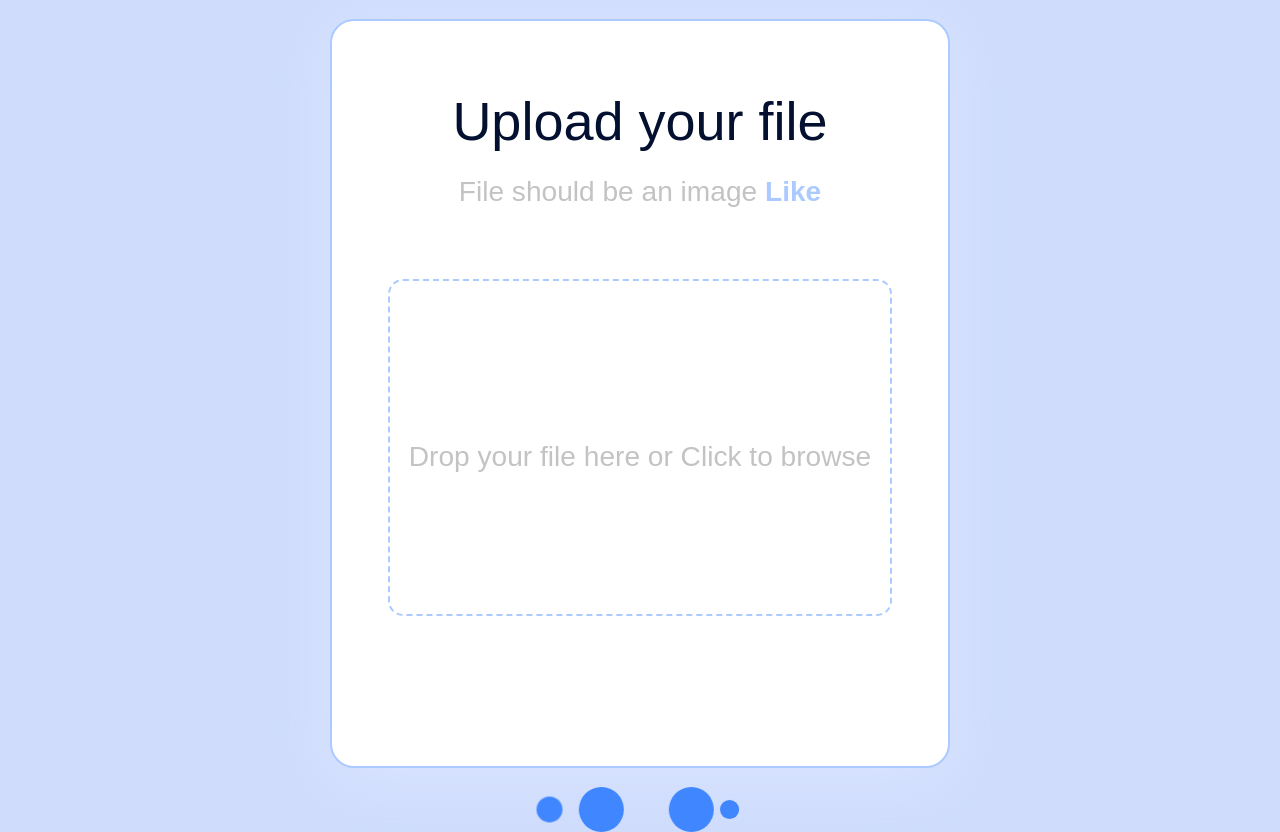
Repository: ThuongDuy/Phan_loai_anh
Page: hcsdlpt/index.html
An editor plug-in stored every save of this project. The page is shown before and after the next save, followed by the edit.
The browser window is 1280 px wide. The pictures show the whole page.

Above is the page before, as saved 2023-06-01 17:21:30.

### hcsdlpt/index.html
<!DOCTYPE html>
<html lang="en">

<head>
    <meta charset="UTF-8">
    <meta http-equiv="X-UA-Compatible" content="IE=edge">
    <meta name="viewport" content="width=device-width, initial-scale=1.0">
    <title>Document</title>
    <link rel="stylesheet" href="./main.css">
</head>

<body>
    <!-- Upload Area -->
    <div id="uploadArea" class="upload-area">
        <!-- Header -->
        <div class="upload-area__header">
            <h1 class="upload-area__title">Upload your file</h1>
            <p class="upload-area__paragraph">
                File should be an image
                <strong class="upload-area__tooltip">
                    Like
                    <span class="upload-area__tooltip-data"></span> <!-- Data Will be Comes From Js -->
                </strong>
            </p>
        </div>
        <!-- End Header -->

        <!-- Drop Zoon -->
        <div id="dropZoon" class="upload-area__drop-zoon drop-zoon">
            <span class="drop-zoon__icon">
                <i class='bx bxs-file-image'></i>
            </span>
            <p class="drop-zoon__paragraph">Drop your file here or Click to browse</p>
            <span id="loadingText" class="drop-zoon__loading-text">Please Wait</span>
            <img src="" alt="Preview Image" id="previewImage" class="drop-zoon__preview-image" draggable="false">
            <input type="file" id="fileInput" class="drop-zoon__file-input" accept="image/*">
        </div>
        <!-- End Drop Zoon -->

        <!-- File Details -->
        <div id="fileDetails" class="upload-area__file-details file-details">
            <h3 class="file-details__title">Uploaded File</h3>

            <div id="uploadedFile" class="uploaded-file">
                <div class="uploaded-file__icon-container">
                    <i class='bx bxs-file-blank uploaded-file__icon'></i>
                    <span class="uploaded-file__icon-text"></span> <!-- Data Will be Comes From Js -->
                </div>

                <div id="uploadedFileInfo" class="uploaded-file__info">
                    <span class="uploaded-file__name">Proejct 1</span>
                    <span class="uploaded-file__counter">0%</span>
                </div>
            </div>

            <button id="btnSubmit">test</button>
        </div>
        <!-- End File Details -->
    </div>
    <!-- End Upload Area -->

    <!-- loading -->

    <div class="loading">
        <span></span>
        <span></span>
        <span></span>
        <span></span>
    </div>

    <!-- <div class="loader" id="loader"> -->
    <!-- <svg class="pencil" viewBox="0 0 200 200" width="200px" height="200px" xmlns="http://www.w3.org/2000/svg">
            <defs>
                <clipPath id="pencil-eraser">
                    <rect rx="5" ry="5" width="30" height="30"></rect>
                </clipPath>
            </defs>
            <circle class="pencil__stroke" r="70" fill="none" stroke="currentColor" stroke-width="2"
                stroke-dasharray="439.82 439.82" stroke-dashoffset="439.82" stroke-linecap="round"
                transform="rotate(-113,100,100)" />
            <g class="pencil__rotate" transform="translate(100,100)">
                <g fill="none">
                    <circle class="pencil__body1" r="64" stroke="hsl(223,90%,50%)" stroke-width="30"
                        stroke-dasharray="402.12 402.12" stroke-dashoffset="402" transform="rotate(-90)" />
                    <circle class="pencil__body2" r="74" stroke="hsl(223,90%,60%)" stroke-width="10"
                        stroke-dasharray="464.96 464.96" stroke-dashoffset="465" transform="rotate(-90)" />
                    <circle class="pencil__body3" r="54" stroke="hsl(223,90%,40%)" stroke-width="10"
                        stroke-dasharray="339.29 339.29" stroke-dashoffset="339" transform="rotate(-90)" />
                </g>
                <g class="pencil__eraser" transform="rotate(-90) translate(49,0)">
                    <g class="pencil__eraser-skew">
                        <rect fill="hsl(223,90%,70%)" rx="5" ry="5" width="30" height="30" />
                        <rect fill="hsl(223,90%,60%)" width="5" height="30" clip-path="url(#pencil-eraser)" />
                        <rect fill="hsl(223,10%,90%)" width="30" height="20" />
                        <rect fill="hsl(223,10%,70%)" width="15" height="20" />
                        <rect fill="hsl(223,10%,80%)" width="5" height="20" />
                        <rect fill="hsla(223,10%,10%,0.2)" y="6" width="30" height="2" />
                        <rect fill="hsla(223,10%,10%,0.2)" y="13" width="30" height="2" />
                    </g>
                </g>
                <g class="pencil__point" transform="rotate(-90) translate(49,-30)">
                    <polygon fill="hsl(33,90%,70%)" points="15 0,30 30,0 30" />
                    <polygon fill="hsl(33,90%,50%)" points="15 0,6 30,0 30" />
                    <polygon fill="hsl(223,10%,10%)" points="15 0,20 10,10 10" />
                </g>
            </g>
        </svg> -->
    <!-- <span class="dot"></span>
        <span class="dot"></span>
        <span class="dot"></span> -->
    <!-- </div> -->
    <!-- loading -->

    <script src="https://cdnjs.cloudflare.com/ajax/libs/jquery/3.7.0/jquery.min.js"
        integrity="sha512-3gJwYpMe3QewGELv8k/BX9vcqhryRdzRMxVfq6ngyWXwo03GFEzjsUm8Q7RZcHPHksttq7/GFoxjCVUjkjvPdw=="
        crossorigin="anonymous" referrerpolicy="no-referrer"></script>
    <script src="./scripts.js"></script>
</body>

</html>

### hcsdlpt/main.css
/* General Styles */

* {
    box-sizing: border-box;
}

:root {
    --clr-white: rgb(255, 255, 255);
    --clr-black: rgb(0, 0, 0);
    --clr-light: rgb(245, 248, 255);
    --clr-light-gray: rgb(196, 195, 196);
    --clr-blue: rgb(63, 134, 255);
    --clr-light-blue: rgb(171, 202, 255);
}

body {
    margin: 0;
    padding: 0;
    background-color: var(--clr-light);
    color: var(--clr-black);
    font-family: 'Poppins', sans-serif;
    font-size: 1.125rem;
    min-height: 100vh;
    display: flex;
    justify-content: center;
    align-items: center;
}

/* End General Styles */

/* Upload Area */
.upload-area {
    width: 100%;
    max-width: 25rem;
    background-color: var(--clr-white);
    box-shadow: 0 10px 60px rgb(218, 229, 255);
    border: 2px solid var(--clr-light-blue);
    border-radius: 24px;
    padding: 2rem 1.875rem 5rem 1.875rem;
    margin: 0.625rem;
    text-align: center;
}

.upload-area--open {
    /* Slid Down Animation */
    animation: slidDown 500ms ease-in-out;
}

@keyframes slidDown {
    from {
        height: 28.125rem;
        /* 450px */
    }

    to {
        height: 35rem;
        /* 560px */
    }
}

/* Header */
.upload-area__header {}

.upload-area__title {
    font-size: 1.8rem;
    font-weight: 500;
    margin-bottom: 0.3125rem;
}

.upload-area__paragraph {
    font-size: 0.9375rem;
    color: var(--clr-light-gray);
    margin-top: 0;
}

.upload-area__tooltip {
    position: relative;
    color: var(--clr-light-blue);
    cursor: pointer;
    transition: color 300ms ease-in-out;
}

.upload-area__tooltip:hover {
    color: var(--clr-blue);
}

.upload-area__tooltip-data {
    position: absolute;
    top: 50%;
    left: 50%;
    transform: translate(-50%, -125%);
    min-width: max-content;
    background-color: var(--clr-white);
    color: var(--clr-blue);
    border: 1px solid var(--clr-light-blue);
    padding: 0.625rem 1.25rem;
    font-weight: 500;
    opacity: 0;
    visibility: hidden;
    transition: none 300ms ease-in-out;
    transition-property: opacity, visibility;
}

.upload-area__tooltip:hover .upload-area__tooltip-data {
    opacity: 1;
    visibility: visible;
}

/* Drop Zoon */
.upload-area__drop-zoon {
    position: relative;
    height: 11.25rem;
    /* 180px */
    display: flex;
    justify-content: center;
    align-items: center;
    flex-direction: column;
    border: 2px dashed var(--clr-light-blue);
    border-radius: 15px;
    margin-top: 2.1875rem;
    cursor: pointer;
    transition: border-color 300ms ease-in-out;
}

.upload-area__drop-zoon:hover {
    border-color: var(--clr-blue);
}

.drop-zoon__icon {
    display: flex;
    font-size: 3.75rem;
    color: var(--clr-blue);
    transition: opacity 300ms ease-in-out;
}

.drop-zoon__paragraph {
    font-size: 0.9375rem;
    color: var(--clr-light-gray);
    margin: 0;
    margin-top: 0.625rem;
    transition: opacity 300ms ease-in-out;
}

.drop-zoon:hover .drop-zoon__icon,
.drop-zoon:hover .drop-zoon__paragraph {
    opacity: 0.7;
}

.drop-zoon__loading-text {
    position: absolute;
    top: 50%;
    left: 50%;
    transform: translate(-50%, -50%);
    display: none;
    color: var(--clr-light-blue);
    z-index: 10;
}

.drop-zoon__preview-image {
    position: absolute;
    top: 0;
    left: 0;
    width: 100%;
    height: 100%;
    object-fit: contain;
    padding: 0.3125rem;
    border-radius: 10px;
    display: none;
    z-index: 1000;
    transition: opacity 300ms ease-in-out;
}

.drop-zoon:hover .drop-zoon__preview-image {
    opacity: 0.8;
}

.drop-zoon__file-input {
    display: none;
}

/* (drop-zoon--over) Modifier Class */
.drop-zoon--over {
    border-color: var(--clr-blue);
}

.drop-zoon--over .drop-zoon__icon,
.drop-zoon--over .drop-zoon__paragraph {
    opacity: 0.7;
}

/* (drop-zoon--over) Modifier Class */
.drop-zoon--Uploaded {}

.drop-zoon--Uploaded .drop-zoon__icon,
.drop-zoon--Uploaded .drop-zoon__paragraph {
    display: none;
}

/* File Details Area */
.upload-area__file-details {
    height: 0;
    visibility: hidden;
    opacity: 0;
    text-align: left;
    transition: none 500ms ease-in-out;
    transition-property: opacity, visibility;
    transition-delay: 500ms;
}

/* (duploaded-file--open) Modifier Class */
.file-details--open {
    height: auto;
    visibility: visible;
    opacity: 1;
}

.file-details__title {
    font-size: 1.125rem;
    font-weight: 500;
    color: var(--clr-light-gray);
}

/* Uploaded File */
.uploaded-file {
    display: flex;
    align-items: center;
    padding: 0.625rem 0;
    visibility: hidden;
    opacity: 0;
    transition: none 500ms ease-in-out;
    transition-property: visibility, opacity;
}

/* (duploaded-file--open) Modifier Class */
.uploaded-file--open {
    visibility: visible;
    opacity: 1;
}

.uploaded-file__icon-container {
    position: relative;
    margin-right: 0.3125rem;
}

.uploaded-file__icon {
    font-size: 3.4375rem;
    color: var(--clr-blue);
}

.uploaded-file__icon-text {
    position: absolute;
    top: 1.5625rem;
    left: 50%;
    transform: translateX(-50%);
    font-size: 0.9375rem;
    font-weight: 500;
    color: var(--clr-white);
}

.uploaded-file__info {
    position: relative;
    top: -0.3125rem;
    width: 100%;
    display: flex;
    justify-content: space-between;
}

.uploaded-file__info::before,
.uploaded-file__info::after {
    content: '';
    position: absolute;
    bottom: -0.9375rem;
    width: 0;
    height: 0.5rem;
    background-color: #ebf2ff;
    border-radius: 0.625rem;
}

.uploaded-file__info::before {
    width: 100%;
}

.uploaded-file__info::after {
    width: 100%;
    background-color: var(--clr-blue);
}

/* Progress Animation */
.uploaded-file__info--active::after {
    animation: progressMove 800ms ease-in-out;
    animation-delay: 300ms;
}

@keyframes progressMove {
    from {
        width: 0%;
        background-color: transparent;
    }

    to {
        width: 100%;
        background-color: var(--clr-blue);
    }
}

.uploaded-file__name {
    width: 100%;
    max-width: 6.25rem;
    /* 100px */
    display: inline-block;
    font-size: 1rem;
    white-space: nowrap;
    overflow: hidden;
    text-overflow: ellipsis;
}

.uploaded-file__counter {
    font-size: 1rem;
    color: var(--clr-light-gray);
}

.loader {
    width: 100%;
    height: 300px;
    display: flex;
    align-items: center;
    justify-content: center;
    gap: 20px;
}

.dot {
    height: 40px;
    width: 40px;
    border-radius: 50%;
}

.dot:nth-child(1) {
    background-color: red;
    animation: jump 0.6s 0.5s ease-in infinite
}

.dot:nth-child(2) {
    background-color: blue;
    animation: jump 0.6s 0.7s ease-in infinite
}

.dot:nth-child(3) {
    background-color: orange;
    animation: jump 0.6s 0.9s ease-in infinite
}


@keyframes jump {
    0% {
        transform: translate3D(0, 0, 0);
        opacity: 0;
    }

    50% {
        transform: translate3D(0, -15px, 0);
        opacity: 0.5;
    }

    100% {
        transform: translate3D(0, 0, 0);
        opacity: 1;
    }
}

* {
    border: 0;
    box-sizing: border-box;
    margin: 0;
    padding: 0;
}

:root {
    --hue: 223;
    --bg: hsl(var(--hue), 90%, 90%);
    --fg: hsl(var(--hue), 90%, 10%);
    --trans-dur: 0.3s;
    font-size: calc(20px + (30 - 20) * (100vw - 320px) / (1280 - 320));
}

body {
    background: var(--bg);
    color: var(--fg);
    font: 1em/1.5 sans-serif;
    height: 100vh;
    display: grid;
    place-items: center;
}

.pencil {
    display: block;
    width: 10em;
    height: 10em;
}

.pencil__body1,
.pencil__body2,
.pencil__body3,
.pencil__eraser,
.pencil__eraser-skew,
.pencil__point,
.pencil__rotate,
.pencil__stroke {
    animation-duration: 3s;
    animation-timing-function: linear;
    animation-iteration-count: infinite;
}

.pencil__body1,
.pencil__body2,
.pencil__body3 {
    transform: rotate(-90deg);
}

.pencil__body1 {
    animation-name: pencilBody1;
}

.pencil__body2 {
    animation-name: pencilBody2;
}

.pencil__body3 {
    animation-name: pencilBody3;
}

.pencil__eraser {
    animation-name: pencilEraser;
    transform: rotate(-90deg) translate(49px, 0);
}

.pencil__eraser-skew {
    animation-name: pencilEraserSkew;
    animation-timing-function: ease-in-out;
}

.pencil__point {
    animation-name: pencilPoint;
    transform: rotate(-90deg) translate(49px, -30px);
}

.pencil__rotate {
    animation-name: pencilRotate;
}

.pencil__stroke {
    animation-name: pencilStroke;
    transform: translate(100px, 100px) rotate(-113deg);
}

/* Animations */
@keyframes pencilBody1 {

    from,
    to {
        stroke-dashoffset: 351.86;
        transform: rotate(-90deg);
    }

    50% {
        stroke-dashoffset: 150.8;
        /* 3/8 of diameter */
        transform: rotate(-225deg);
    }
}

@keyframes pencilBody2 {

    from,
    to {
        stroke-dashoffset: 406.84;
        transform: rotate(-90deg);
    }

    50% {
        stroke-dashoffset: 174.36;
        transform: rotate(-225deg);
    }
}

@keyframes pencilBody3 {

    from,
    to {
        stroke-dashoffset: 296.88;
        transform: rotate(-90deg);
    }

    50% {
        stroke-dashoffset: 127.23;
        transform: rotate(-225deg);
    }
}

@keyframes pencilEraser {

    from,
    to {
        transform: rotate(-45deg) translate(49px, 0);
    }

    50% {
        transform: rotate(0deg) translate(49px, 0);
    }
}

@keyframes pencilEraserSkew {

    from,
    32.5%,
    67.5%,
    to {
        transform: skewX(0);
    }

    35%,
    65% {
        transform: skewX(-4deg);
    }

    37.5%,
    62.5% {
        transform: skewX(8deg);
    }

    40%,
    45%,
    50%,
    55%,
    60% {
        transform: skewX(-15deg);
    }

    42.5%,
    47.5%,
    52.5%,
    57.5% {
        transform: skewX(15deg);
    }
}

@keyframes pencilPoint {

    from,
    to {
        transform: rotate(-90deg) translate(49px, -30px);
    }

    50% {
        transform: rotate(-225deg) translate(49px, -30px);
    }
}

@keyframes pencilRotate {
    from {
        transform: translate(100px, 100px) rotate(0);
    }

    to {
        transform: translate(100px, 100px) rotate(720deg);
    }
}

@keyframes pencilStroke {
    from {
        stroke-dashoffset: 439.82;
        transform: translate(100px, 100px) rotate(-113deg);
    }

    50% {
        stroke-dashoffset: 164.93;
        transform: translate(100px, 100px) rotate(-113deg);
    }

    75%,
    to {
        stroke-dashoffset: 439.82;
        transform: translate(100px, 100px) rotate(112deg);
    }
}


:root {
    --loading-spinner-size: 1.5rem;
    --loading-spinner-gap: 1;
    /* [1] */
    --loading-spinner-wrapper: calc(var(--loading-spinner-size) * 3 + var(--loading-spinner-gap) * var(--loading-spinner-size) * 2);
    /* [2] */
    --loading-spinner-color: rgb(63, 134, 255);

    --animation-timing: cubic-bezier(0, 1, 1, 0);
    --animation-duration: 600ms;
    --animation-count: infinite;
}

.loading {
    --spacer: calc(var(--loading-spinner-size) * var(--loading-spinner-gap) + var(--loading-spinner-size));
    /* [3] */
    position: relative;
    width: var(--loading-spinner-wrapper);
    height: var(--loading-spinner-size);
    /* border: 1px solid red; */
    /* [4] */
}

.loading span {
    position: absolute;
    top: 0;
    width: var(--loading-spinner-size);
    aspect-ratio: 1 / 1;
    border-radius: 50%;
    background: var(--loading-spinner-color);
    animation-timing-function: var(--animation-timing);
}

.loading span:nth-child(1) {
    left: 0;
    animation: scale-up var(--animation-duration) var(--animation-count);
}

.loading span:nth-child(2) {
    left: 0;
    animation: move-right var(--animation-duration) var(--animation-count);
}

.loading span:nth-child(3) {
    left: calc(var(--spacer) * 1);
    animation: move-right var(--animation-duration) var(--animation-count);
}

.loading span:nth-child(4) {
    left: calc(var(--spacer) * 2);
    animation: scale-down var(--animation-duration) var(--animation-count);
}

@keyframes scale-up {
    from {
        transform: scale(0)
    }

    to {
        transform: scale(1)
    }
}

@keyframes scale-down {
    from {
        transform: scale(1)
    }

    to {
        transform: scale(0)
    }
}

@keyframes move-right {
    from {
        transform: translate(0, 0)
    }

    to {
        transform: translate(var(--spacer), 0)
    }

    /* [3] */
}

/* General styling */
* {
    box-sizing: border-box
}

Loaded but not shown: hcsdlpt/scripts.js (222 lines, source omitted)

After the next save:
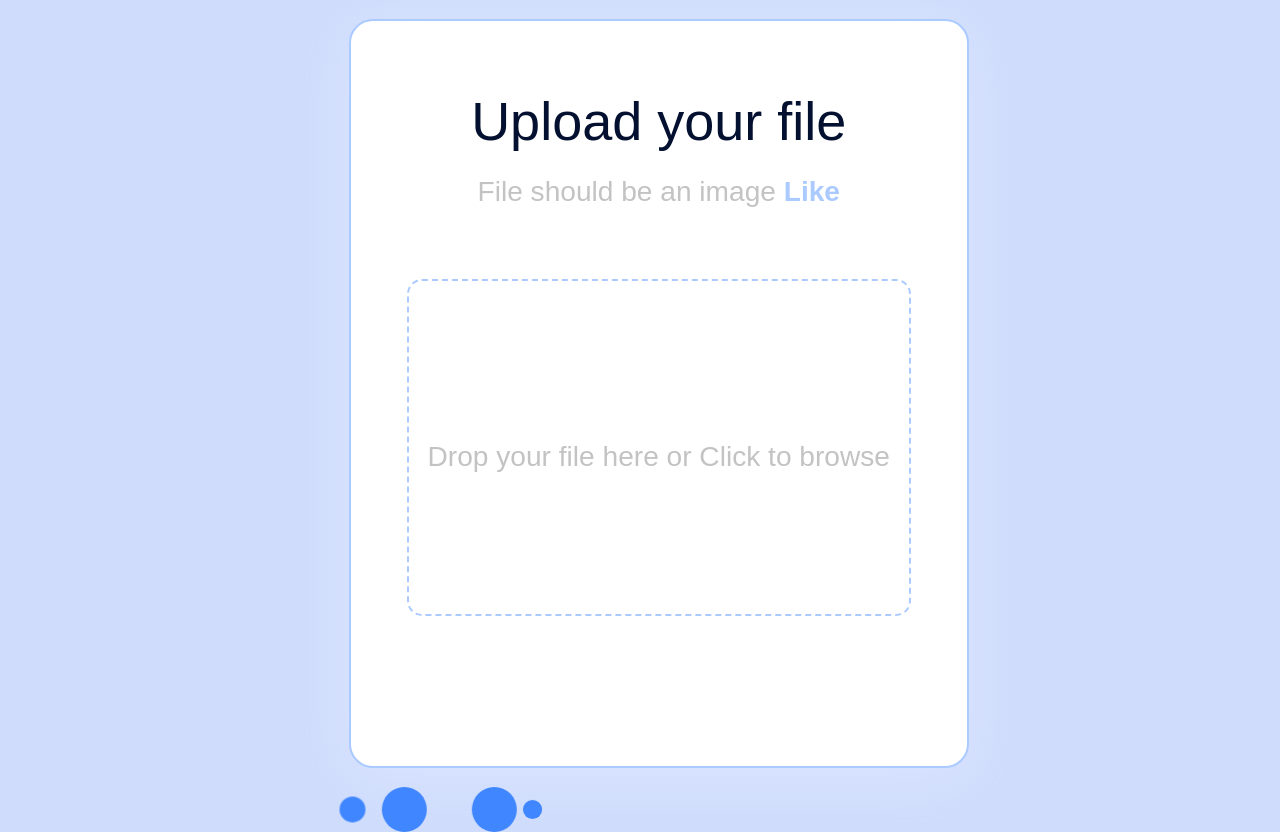
Saved 27 s later.
--- a/hcsdlpt/index.html
+++ b/hcsdlpt/index.html
@@ -10,63 +10,66 @@
 </head>
 
 <body>
-    <!-- Upload Area -->
-    <div id="uploadArea" class="upload-area">
-        <!-- Header -->
-        <div class="upload-area__header">
-            <h1 class="upload-area__title">Upload your file</h1>
-            <p class="upload-area__paragraph">
-                File should be an image
-                <strong class="upload-area__tooltip">
-                    Like
-                    <span class="upload-area__tooltip-data"></span> <!-- Data Will be Comes From Js -->
-                </strong>
-            </p>
-        </div>
-        <!-- End Header -->
+    <div class="wrapper">
+        <!-- Upload Area -->
+        <div id="uploadArea" class="upload-area">
+            <!-- Header -->
+            <div class="upload-area__header">
+                <h1 class="upload-area__title">Upload your file</h1>
+                <p class="upload-area__paragraph">
+                    File should be an image
+                    <strong class="upload-area__tooltip">
+                        Like
+                        <span class="upload-area__tooltip-data"></span> <!-- Data Will be Comes From Js -->
+                    </strong>
+                </p>
+            </div>
+            <!-- End Header -->
 
-        <!-- Drop Zoon -->
-        <div id="dropZoon" class="upload-area__drop-zoon drop-zoon">
-            <span class="drop-zoon__icon">
-                <i class='bx bxs-file-image'></i>
-            </span>
-            <p class="drop-zoon__paragraph">Drop your file here or Click to browse</p>
-            <span id="loadingText" class="drop-zoon__loading-text">Please Wait</span>
-            <img src="" alt="Preview Image" id="previewImage" class="drop-zoon__preview-image" draggable="false">
-            <input type="file" id="fileInput" class="drop-zoon__file-input" accept="image/*">
-        </div>
-        <!-- End Drop Zoon -->
+            <!-- Drop Zoon -->
+            <div id="dropZoon" class="upload-area__drop-zoon drop-zoon">
+                <span class="drop-zoon__icon">
+                    <i class='bx bxs-file-image'></i>
+                </span>
+                <p class="drop-zoon__paragraph">Drop your file here or Click to browse</p>
+                <span id="loadingText" class="drop-zoon__loading-text">Please Wait</span>
+                <img src="" alt="Preview Image" id="previewImage" class="drop-zoon__preview-image" draggable="false">
+                <input type="file" id="fileInput" class="drop-zoon__file-input" accept="image/*">
+            </div>
+            <!-- End Drop Zoon -->
 
-        <!-- File Details -->
-        <div id="fileDetails" class="upload-area__file-details file-details">
-            <h3 class="file-details__title">Uploaded File</h3>
+            <!-- File Details -->
+            <div id="fileDetails" class="upload-area__file-details file-details">
+                <h3 class="file-details__title">Uploaded File</h3>
 
-            <div id="uploadedFile" class="uploaded-file">
-                <div class="uploaded-file__icon-container">
-                    <i class='bx bxs-file-blank uploaded-file__icon'></i>
-                    <span class="uploaded-file__icon-text"></span> <!-- Data Will be Comes From Js -->
+                <div id="uploadedFile" class="uploaded-file">
+                    <div class="uploaded-file__icon-container">
+                        <i class='bx bxs-file-blank uploaded-file__icon'></i>
+                        <span class="uploaded-file__icon-text"></span> <!-- Data Will be Comes From Js -->
+                    </div>
+
+                    <div id="uploadedFileInfo" class="uploaded-file__info">
+                        <span class="uploaded-file__name">Proejct 1</span>
+                        <span class="uploaded-file__counter">0%</span>
+                    </div>
                 </div>
 
-                <div id="uploadedFileInfo" class="uploaded-file__info">
-                    <span class="uploaded-file__name">Proejct 1</span>
-                    <span class="uploaded-file__counter">0%</span>
-                </div>
+                <button id="btnSubmit">test</button>
             </div>
+            <!-- End File Details -->
+        </div>
+        <!-- End Upload Area -->
 
-            <button id="btnSubmit">test</button>
+        <!-- loading -->
+
+        <div class="loading">
+            <span></span>
+            <span></span>
+            <span></span>
+            <span></span>
         </div>
-        <!-- End File Details -->
     </div>
-    <!-- End Upload Area -->
 
-    <!-- loading -->
-
-    <div class="loading">
-        <span></span>
-        <span></span>
-        <span></span>
-        <span></span>
-    </div>
 
     <!-- <div class="loader" id="loader"> -->
     <!-- <svg class="pencil" viewBox="0 0 200 200" width="200px" height="200px" xmlns="http://www.w3.org/2000/svg">
